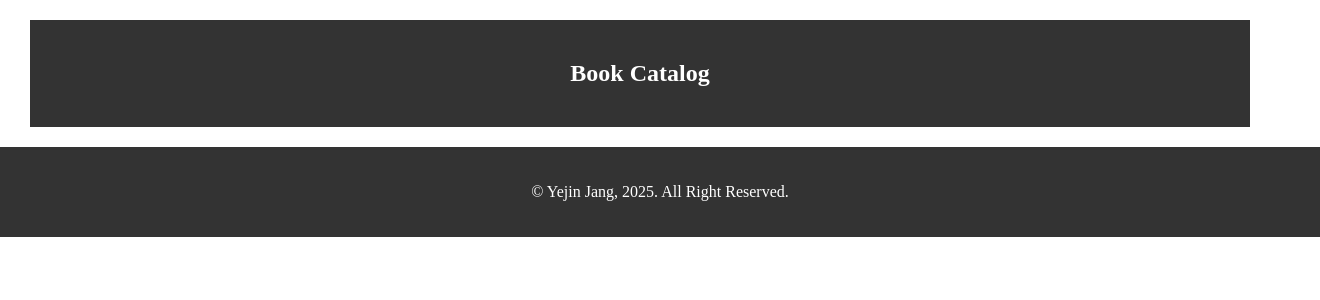
Repository: Yejin-Digital/Lab3-Assignment-BookCatalog
Page: /
An editor plug-in stored every save of this project. The page is shown before and after the next save, followed by the edit.
The browser window is 1280 px wide. The page is 1320 px wide, so the pictures cover 1320 px, including what lies to the right of the window. The pictures show the whole page.
The project was rebuilt for these pictures with package versions that can differ from the ones it lists, and the page was loaded fresh each time. Also part of the build but not shown: vite.config.js.

Above is the page before, as saved 2025-09-19 01:30:15.

After the next save:
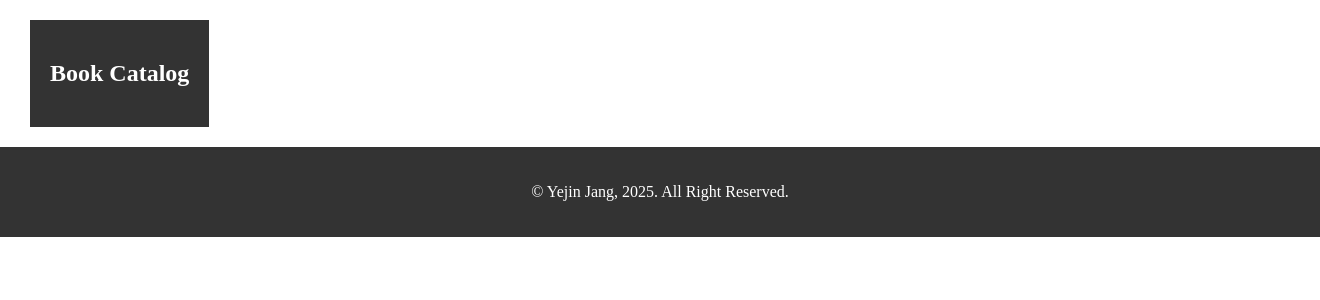
Saved 31 s later.
--- a/src/App.jsx
+++ b/src/App.jsx
@@ -3,7 +3,7 @@
 
 function App() {
   return (
-    <div className="app">
+    <div>
       <section className="content">
         <Header />
       </section>

After the save that followed:
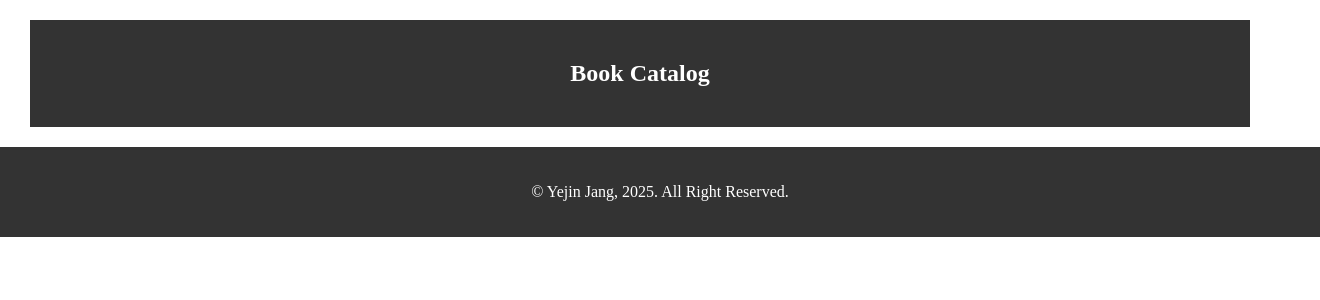
Saved 8 s later.
--- a/src/App.jsx
+++ b/src/App.jsx
@@ -3,7 +3,7 @@
 
 function App() {
   return (
-    <div>
+    <div className="app">
       <section className="content">
         <Header />
       </section>
